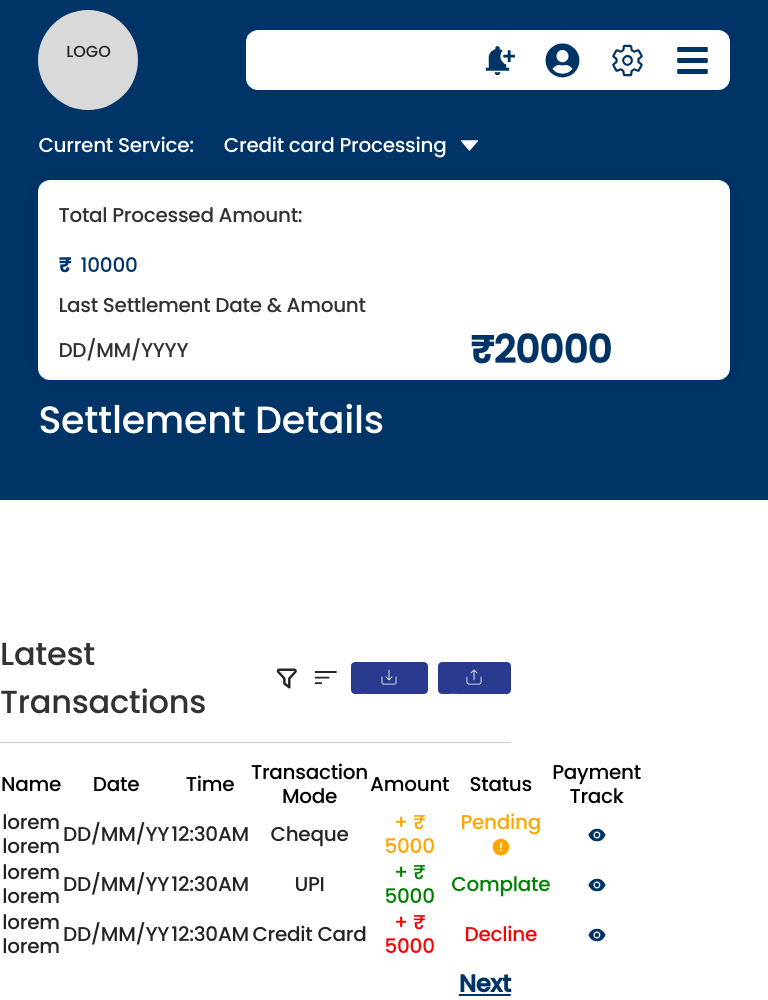
Repository: FlyweisReact/Prashant
Page: /dashboard
An editor plug-in stored every save of this project. The page is shown before and after a run of saves, followed by the edit.
The browser window is 768 px wide. The pictures show the whole page.
Some web libraries are served in a nearby version. The project was rebuilt for these pictures with package versions that can differ from the ones it lists, and the page was loaded fresh each time. Also part of the build but not shown: src/Pages/CryptoPayment.jsx, src/Pages/CurrentCharge.jsx, src/Styles/Login.module.css, src/Components/Login/LoginFirstSection.jsx, src/Components/Login/LoginMainSection.jsx, src/Pages/Login.jsx, src/Pages/MatureFund.jsx, src/Pages/OpenBanking.jsx and 12 more.

Above is the page before, as saved 2023-03-23 18:37:08.

After the next 2 saves:
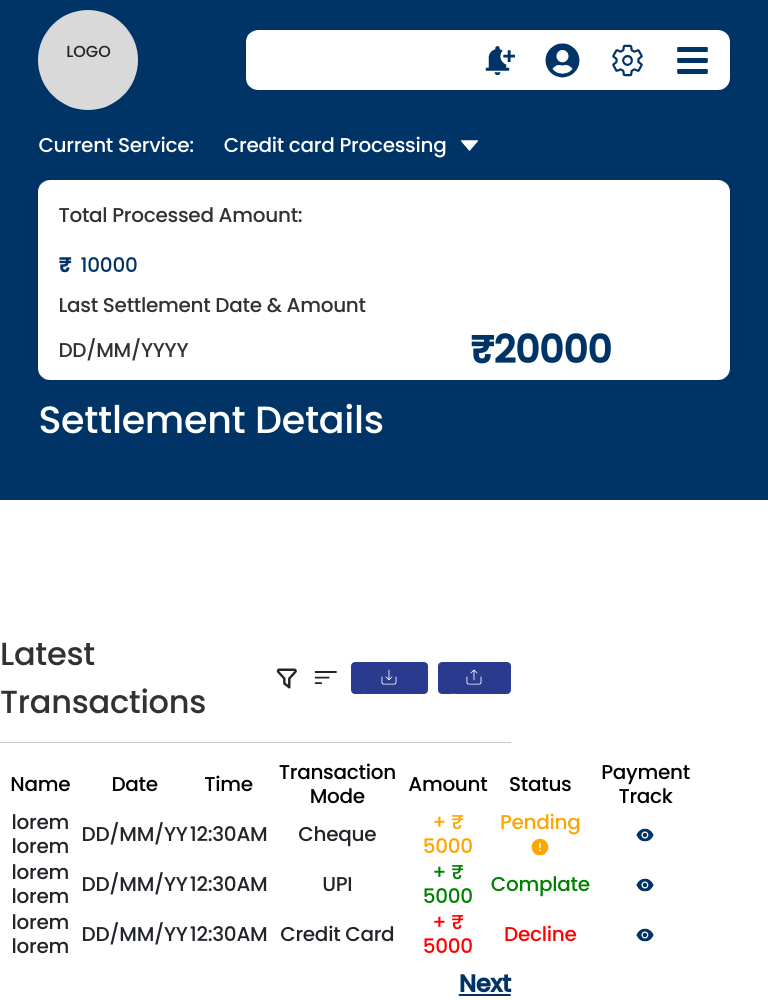
The 2 saves are shown as one change because they came seconds apart.
The last was saved 26 s later.
--- a/src/Styles/Dashboard.module.css
+++ b/src/Styles/Dashboard.module.css
@@ -220,4 +220,9 @@
 .TableMainSection{
 display: block ;
 }
-}
+
+.TableDiv{
+  width: 700px;
+
+}
+}
